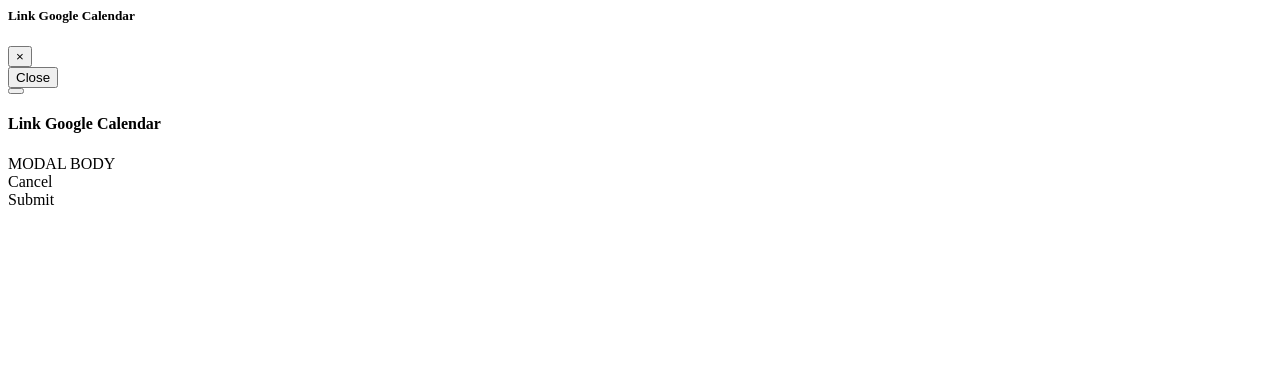
Repository: DavidGracias/florida_trip
Page: http://localhost/includes/modals/LinkCalModal.php
The author's editor kept a record of every edit. The page is drawn from the files as they stood at one moment, then again after the next edit.
The browser window is 1280 px wide. The pictures show the whole page.
The page is run by PHP 8.4 with error messages shown; the project is at /var/www/html/.

Above is the page before.

After the next edit:
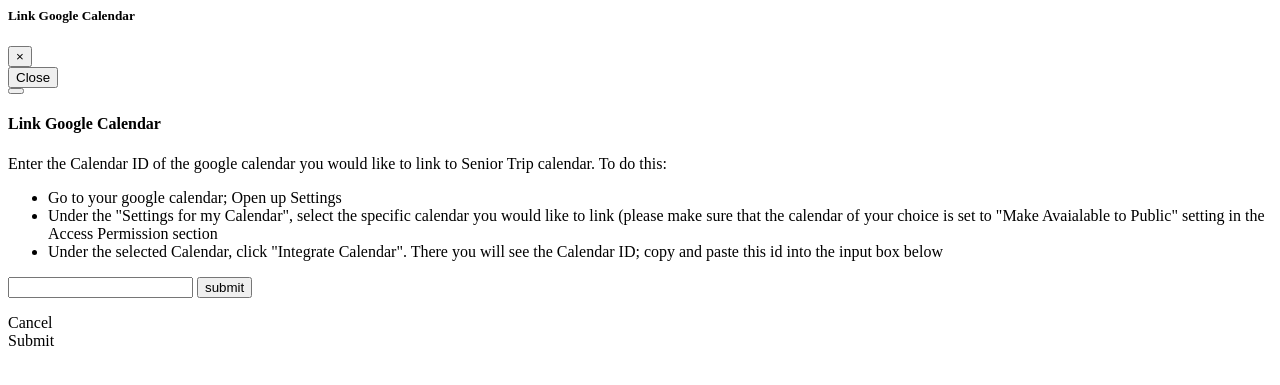
The edit:
--- a/includes/modals/LinkCalModal.php
+++ b/includes/modals/LinkCalModal.php
@@ -32,7 +32,19 @@
                 </h4>
             </div>
             <div class="modal-body">
-                MODAL BODY
+                Enter the Calendar ID of the google calendar you would like to link to Senior Trip calendar.
+                To do this:
+                <ul>
+                    <li>Go to your google calendar; Open up Settings</li>
+                    <li>Under the "Settings for my Calendar", select the specific calendar you would like to link (please make sure that the calendar of your choice is set to
+                    "Make Avaialable to Public" setting in the Access Permission section</li>
+                    <li>Under the selected Calendar, click "Integrate Calendar". There you will see the Calendar ID; copy and paste this id into the input box below</li>
+                </ul>
+
+                <form action='scripts/CalDates.php' method='POST'>
+                <input type='text' name='CalForm' id='CalForm' class='form-control' />
+                 <input type='submit' value='submit' class='btn btn-primary'/>
+                </form>
             </div>
             <div class="modal-footer">
                 <div class="btn btn-danger pull-right">Cancel</div>
